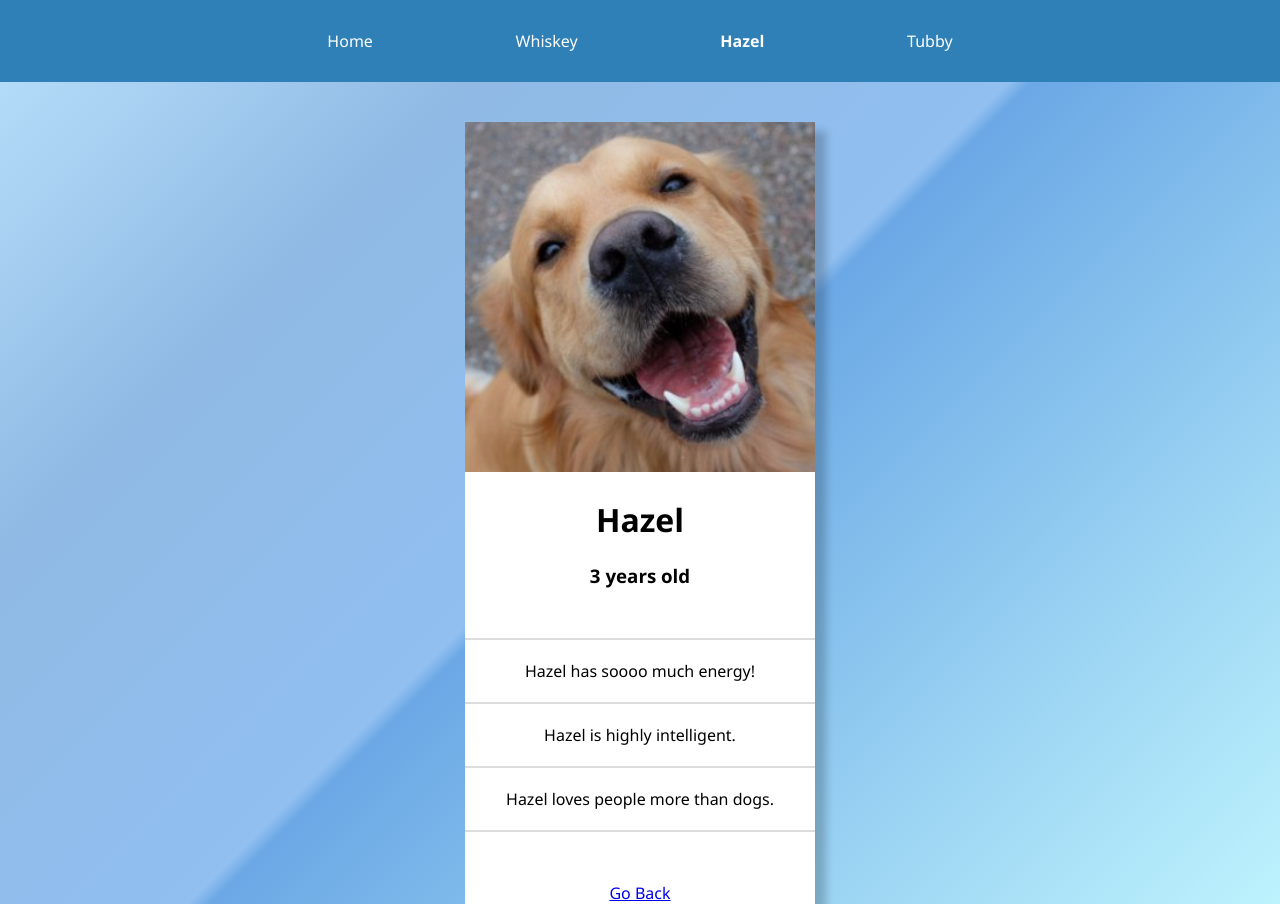
Repository: johnmutina/dog-finder
Page: /dogs/Hazel
These files come from the project's save history. The page is drawn as it stood at one moment and after the next save; the edit follows.
The browser window is 1280 px wide. The pictures show the whole page.
The project was rebuilt for these pictures with package versions that can differ from the ones it lists, and the page was loaded fresh each time. Also part of the build but not shown: src/DogFinder.css, src/DogFinder.js.

Above is the page before, as saved 2019-07-28 16:27:35.

After the next save:
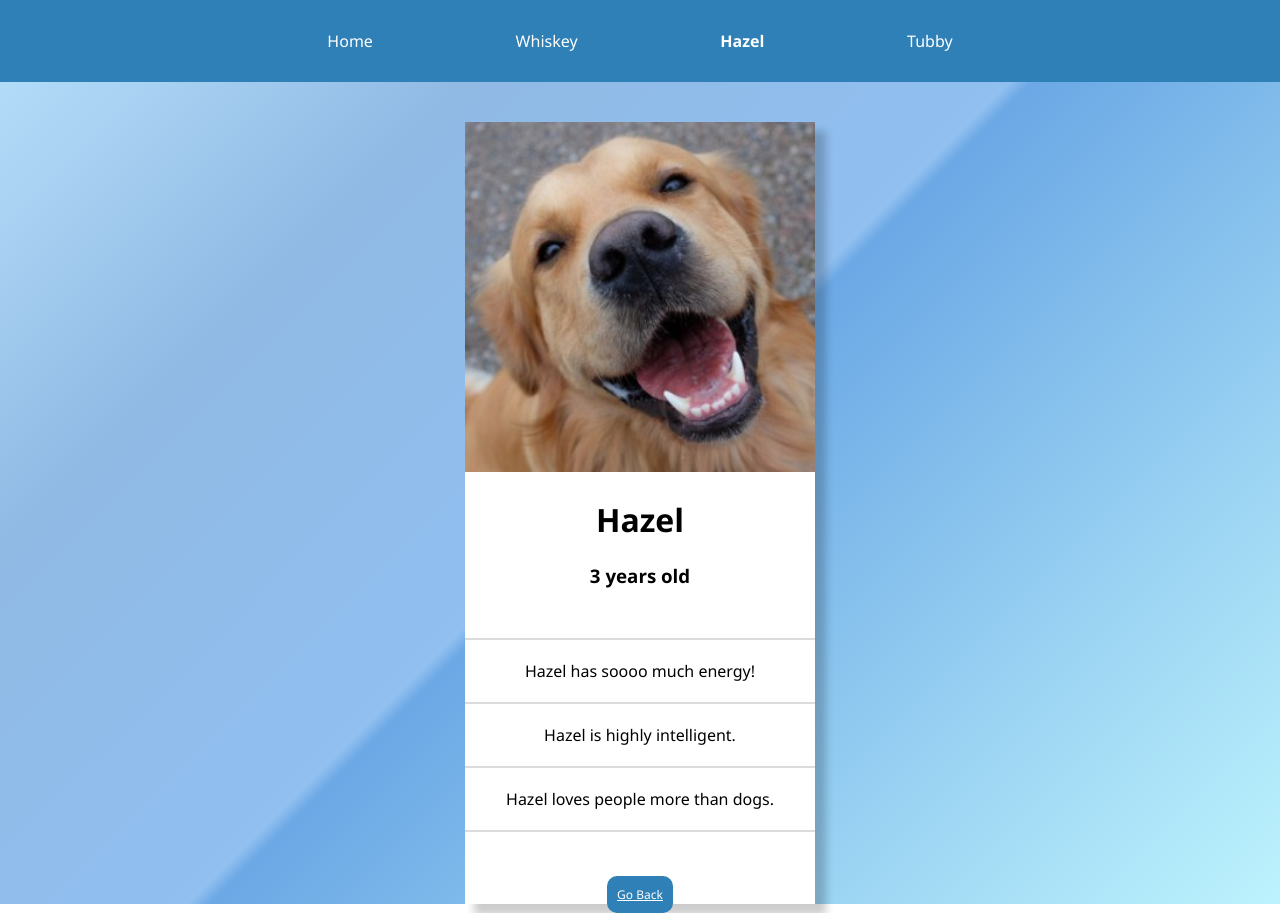
Saved 10 s later.
--- a/src/Dog.css
+++ b/src/Dog.css
@@ -29,7 +29,7 @@
   border-bottom: 2px solid rgb(220, 220, 220);
 }
 
-.Dog button {
+.Dog-backbtn {
   margin-bottom: 30px;
   padding: 10px;
   background-color: #2e80b6;
